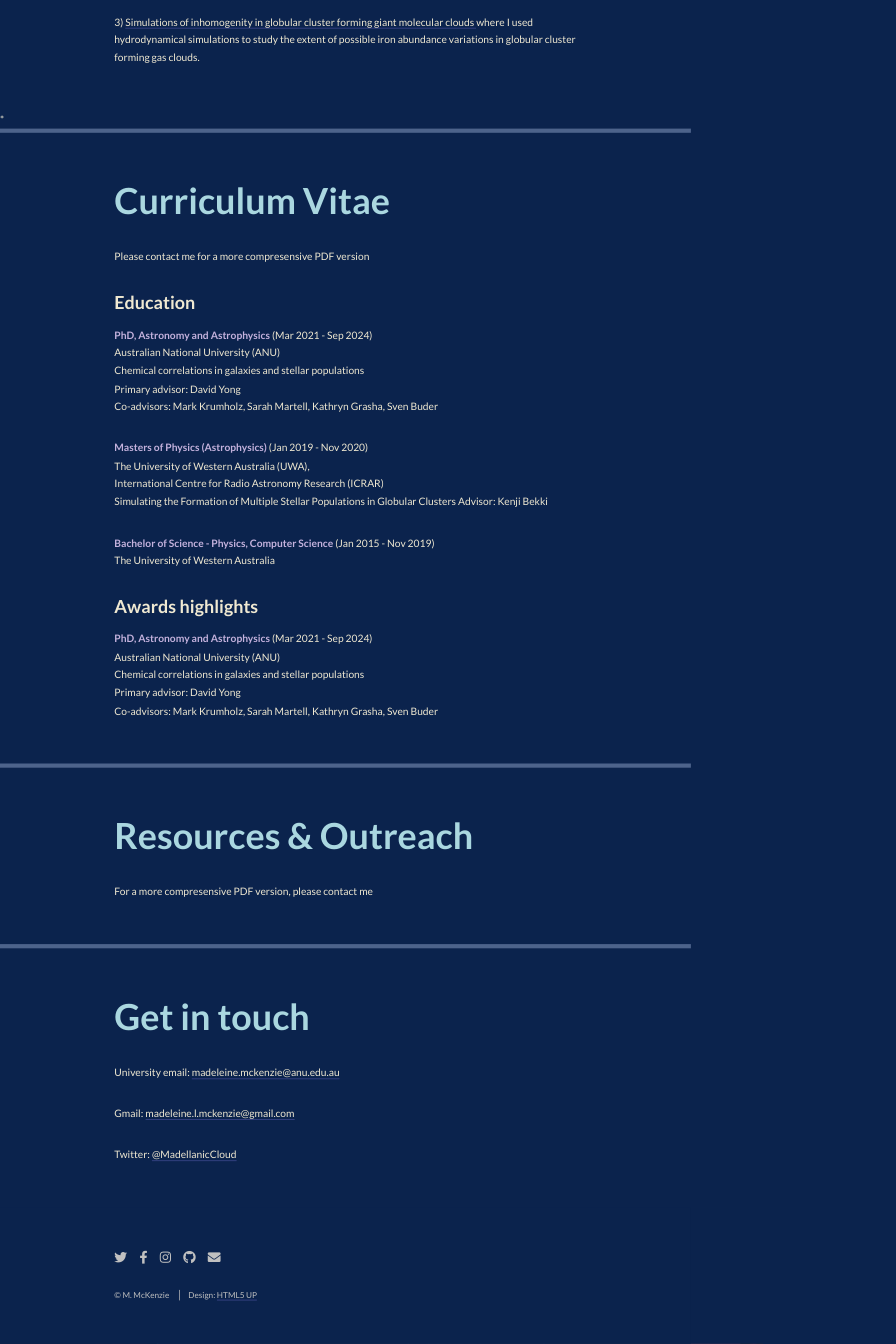
Repository: madeleine-mckenzie/madeleine-mckenzie.github.io
Page: index.html
An editor plug-in stored every save of this project. The page is shown before and after the next save, followed by the edit.
The browser window is 1280 px wide. The pictures show the part of the page from y = 1684 to 3604 px (the page is 3604 px tall before and 3502 px after), at 70% of full size.
Backgrounds fixed to the window are drawn as part of the page.

Above is the page before, as saved 2023-11-12 16:30:46.

### index.html
<!DOCTYPE HTML>
<!--
    Read Only by HTML5 UP
    html5up.net | @ajlkn
    Free for personal and commercial use under the CCA 3.0 license (html5up.net/license)
-->
<html>
    <head>
        <title>M. McKenzie</title>
        <meta charset="utf-8" />
        <meta name="viewport" content="width=device-width, initial-scale=1, user-scalable=no" />
        <link rel="stylesheet" href="assets/css/main.css" />
        <style>
            /* Custom style */
            body {
                background: url('images/2023_ANU_3MT_20230727_ANU2022 3.jpg') no-repeat center center fixed;
                background-size: cover;
            }
        </style>
    </head>
    <body class="is-preload">

        <!-- Header -->
        <section id="header">
            <header>
                <!-- Avatar image next to name -->
                <span class="image avatar"><img src="images/IG_DP.jpeg" alt="Madeleine L. McKenzie" /></span>
                <h1>Madeleine L. McKenzie</h1>
                <p>PhD candidate at the Australian National University </p>
                <p> <a href="mailto:madeleine.mckenzie@anu.edu.au">madeleine.mckenzie@anu.edu.au</a></p>
            </header>
            <nav id="nav">
                <ul>
                    <li><a href="#one" class="active">About</a></li>
                    <li><a href="#two">My Research</a></li>
                    <li><a href="#three">CV</a></li>
                    <li><a href="#four">Resources</a></li>
                    <li><a href="#five">Contact</a></li>
                </ul>
            </nav>
        </section>

        <!-- Wrapper -->
        <div id="wrapper">

            <!-- Main -->
            <div id="main">

                <!-- One -->
                <section id="one">
                    <div class="image main" data-position="center">
                        <!-- Top banner image -->
                        <img src="images/2023_ANU_3MT_20230727_ANU2022.jpg" alt="" />
                    </div>
                    <div class="container">
                        <header class="major">
                            <h2>Hi</h2>
                        </header>
                        <p>I'm Madeleine, an Australian astrophysicist interested in globular clusters all things Milky Way. I was born and raised in Perth, Western Australia,
                            and completed my undergraduate degree and Masters of Astrophysics at the University of Western Australia and International Centre
                            for Radio Astronomy Research. My Masters thesis, titled <b>Simulating the Formation of Multiple Stellar Populations in Globular Clusters</b>, was supervised
                            by Professor Kenji Bekki. I am currently a <b>PhD candidate at the Australian National University</b>, supervised by Dr. David Yong and
                            Professor Mark Krumholz. I primarily work on high precision spectroscopy and isotopic analysis of globular clusters.
                            I am in my final year of my PhD and am currently applying for postdoc positions.
                        </p>
                    </div>
                </section>

                <!-- Two -->
                <section id="two">
                    <div class="container">
                        <header class="major">
                            <h2>My Research</h2>
                        </header>
                        <h3>My research interests include:</h3>
                        <p><ul>
                                <li>High precision spectroscopy</li>
                                <li>Isotopic analysis</li>
                                <li>Multiple stellar populations in globular clusters</li>
                                <li>Chemical evolution of the Milky Way</li>
                                <li>Stellar archaeology</li>
                            </ul>
                        <h3>Recent publications:</h3>
                        <p><a href="https://ui.adsabs.harvard.edu/user/libraries/K8q3Fv2nS-eG0YgK9U_ysw">My ADS library</a></p>

                        <p>1) <a href="https://ui.adsabs.harvard.edu/abs/2023MNRAS.tmp.2870M/abstract">Isotopic analysis of stars in M22</a> where I developed code to
                        derive isotopic abundances.</p>
                        <p>2) <a href="https://ui.adsabs.harvard.edu/abs/2022MNRAS.516.3515M/abstract">High precision differential abundances in M22</a> where I
                        made the most precice chemical abundance measurements yet in the globular cluster M22 to demonstrate the existence of an iron abundance spread.</p>
                        <p>3) <a href="https://ui.adsabs.harvard.edu/abs/2022MNRAS.516.3515M/abstract">Simulations of inhomogenity in globular cluster forming giant
                            molecular clouds </a> where I used hydrodynamical simulations to study the extent of possible iron abundance variations in
                             globular cluster forming gas clouds.</p>
                        </p>

                    </div>*
                </section>

                <!-- three -->
                <section id="three">
                    <div class="container">
                        <header class="major">
                            <h2>Curriculum Vitae</h2>
                        </header>
                        <p>Please contact me for a more compresensive PDF version</p>

                        <h3>Education</h3>
                        <p><b>PhD, Astronomy and Astrophysics </b>  (Mar 2021 - Sep 2024)<br />
                            Australian National University (ANU)<br />
                            Chemical correlations in galaxies and stellar populations<br />
                            Primary advisor: David Yong<br />
                            Co-advisors: Mark Krumholz, Sarah Martell, Kathryn Grasha, Sven Buder
                        </p>
                        <p> <b>Masters of Physics (Astrophysics)</b>  (Jan 2019 - Nov 2020)<br />
                            The University of Western Australia (UWA),<br />
                            International Centre for Radio Astronomy Research (ICRAR)<br />
                            Simulating the Formation of Multiple Stellar Populations in Globular Clusters Advisor: Kenji Bekki
                        </p>
                        <p> <b>Bachelor of Science - Physics, Computer Science </b>  (Jan 2015 - Nov 2019)<br />
                            The University of Western Australia</p>
                        </p>

                        <h3>Awards highlights</h3>
                        <p><b>PhD, Astronomy and Astrophysics </b>  (Mar 2021 - Sep 2024)<br />
                            Australian National University (ANU)<br />
                            Chemical correlations in galaxies and stellar populations<br />
                            Primary advisor: David Yong<br />
                            Co-advisors: Mark Krumholz, Sarah Martell, Kathryn Grasha, Sven Buder
                        </p>

                    </div>
                </section>

                 <!-- four -->
                 <section id="four">
                    <div class="container">
                        <header class="major">
                            <h2>Resources & Outreach</h2>
                        </header>
                        <p>For a more compresensive PDF version, please contact me</p>
                        <!-- Icons grid here -->
                    </div>
                </section>

                <!-- Three -->
                <section id="five">
                    <div class="container">
                        <header class="major">
                            <h2>Get in touch</h2>
                        </header>
                        <p>University email: <a href="mailto:madeleine.mckenzie@anu.edu.au">madeleine.mckenzie@anu.edu.au</a></p>
                        <p>Gmail: <a href="mailto:madeleine.l.mckenzie@gmail.com">madeleine.l.mckenzie@gmail.com</a></p>
                        <p>Twitter: <a href="https://twitter.com/MadellanicCloud" target="_blank">@MadellanicCloud</a></p>
                    </div>
                </section>

            </div>

            <!-- Footer -->
            <section id="footer">
                <div class="container">
                    <ul class="icons">
                        <!-- Social media icons here -->
                        <li><a href="#" class="icon brands fa-twitter"><span class="label">Twitter</span></a></li>
                        <li><a href="#" class="icon brands fa-facebook-f"><span class="label">Facebook</span></a></li>
                        <li><a href="#" class="icon brands fa-instagram"><span class="label">Instagram</span></a></li>
                        <li><a href="#" class="icon brands fa-github"><span class="label">Github</span></a></li>
                        <li><a href="#" class="icon solid fa-envelope"><span class="label">Email</span></a></li>
                    </ul>
                    <ul class="copyright">
                        <li>&copy; M. McKenzie</li>
                        <li>Design: <a href="http://html5up.net">HTML5 UP</a></li>
                    </ul>
                </div>
            </section>

        </div>

        <!-- Scripts -->
        <script src="assets/js/jquery.min.js"></script>
        <script src="assets/js/jquery.scrollex.min.js"></script>
        <script src="assets/js/jquery.scrolly.min.js"></script>
        <script src="assets/js/browser.min.js"></script>
        <script src="assets/js/breakpoints.min.js"></script>
        <script src="assets/js/util.js"></script>
        <script src="assets/js/main.js"></script>

    </body>
</html>

Loaded but not shown: assets/js/jquery.min.js (library); assets/js/jquery.scrollex.min.js (common file); assets/js/jquery.scrolly.min.js (common file); assets/js/browser.min.js (common file); assets/js/breakpoints.min.js (common file); assets/css/fontawesome-all.min.css (library); assets/js/util.js (587 lines, source omitted); assets/js/main.js (159 lines, source omitted); assets/css/main.css (3340 lines, source omitted)

After the next save:
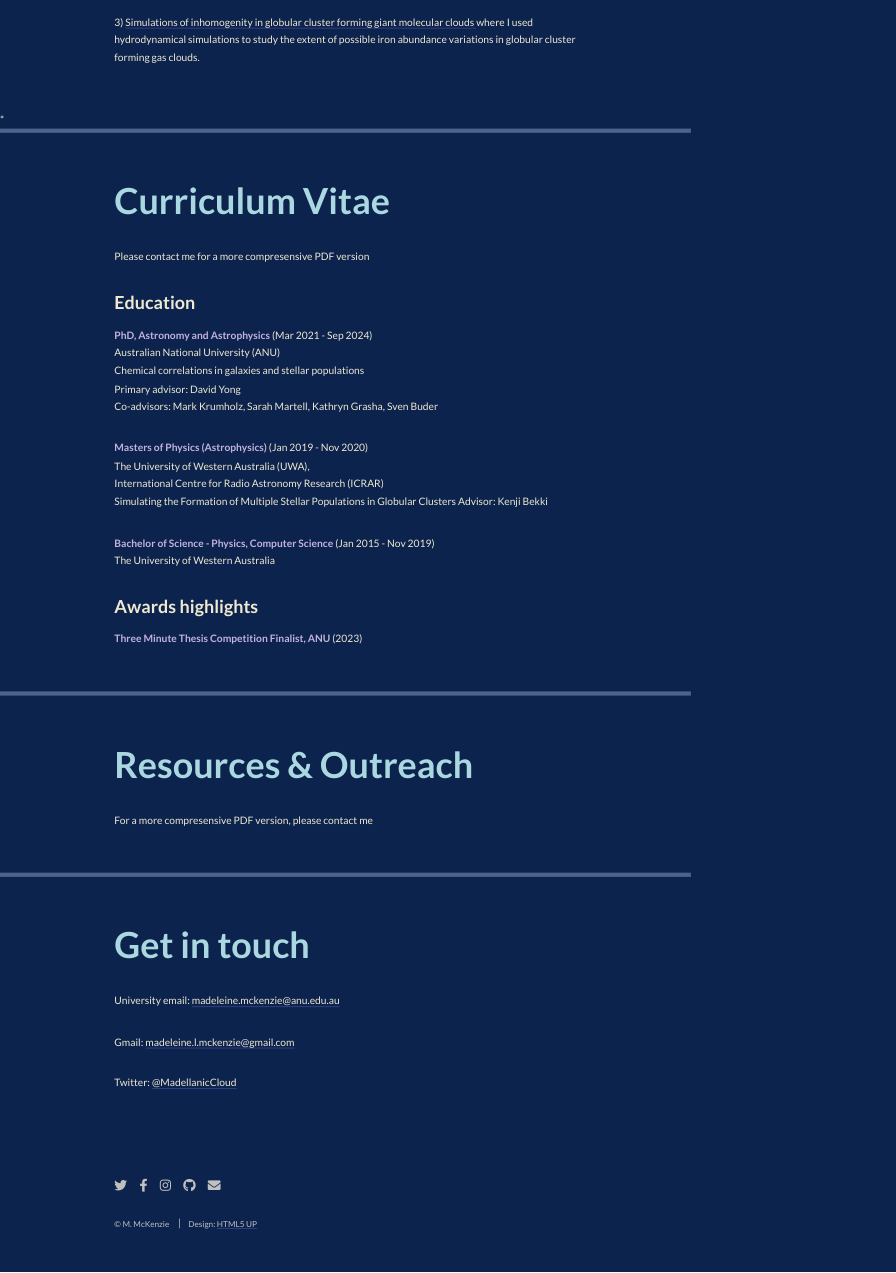
Saved 28 s later.
--- a/index.html
+++ b/index.html
@@ -120,11 +120,8 @@
                         </p>
 
                         <h3>Awards highlights</h3>
-                        <p><b>PhD, Astronomy and Astrophysics </b>  (Mar 2021 - Sep 2024)<br />
-                            Australian National University (ANU)<br />
-                            Chemical correlations in galaxies and stellar populations<br />
-                            Primary advisor: David Yong<br />
-                            Co-advisors: Mark Krumholz, Sarah Martell, Kathryn Grasha, Sven Buder
+                        <p><b>Three Minute Thesis Competition Finalist, ANU </b>  (2023)<br />
+
                         </p>
 
                     </div>
